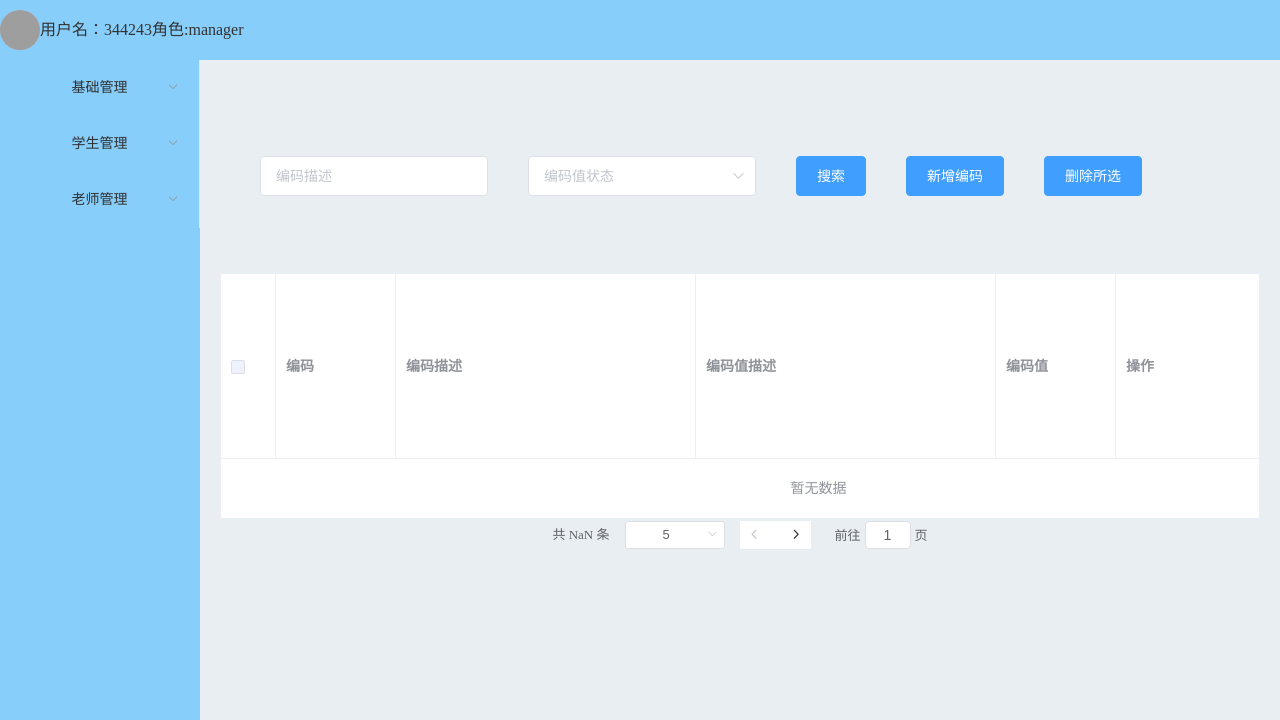
Repository: lwm9704/school-front
Page: /#/code
An editor plug-in stored every save of this project. The page is shown before and after the next save, followed by the edit.
The browser window is 1280 px wide. The pictures show the whole page.
Pictures or frames that could not be fetched are drawn as grey boxes. The page's requests for data from a server got no answer. The project was rebuilt for these pictures with package versions that can differ from the ones it lists, and the page was loaded fresh each time. No one was signed in, and anything a server would have sent is missing. Also part of the build but not shown: src/js/login.js, src/view/login.vue.

Above is the page before, as saved 2021-11-22 14:52:11.

### src/main.js
// The Vue build version to load with the `import` command
// (runtime-only or standalone) has been set in webpack.base.conf with an alias.
import Vue from 'vue'
import App from './App'
import router from './router'
import ElementUI from 'element-ui'
import 'element-ui/lib/theme-chalk/index.css'
import Vuex from 'vuex'
import './assets/css/global.css'

Vue.config.productionTip = false
Vue.use(ElementUI)
Vue.use(Vuex)

/* eslint-disable no-new */
new Vue({
  el: '#app',
  router,
  components: { App },
  template: '<App/>'
})

### src/router/index.js

import Vue from 'vue'
import Router from 'vue-router'
import Login from '@/view/login'
import Home from '../view/home'


Vue.use(Router)

export default new Router({
  routes: [
    {
      path: '/',
      redirect: '/login',
    },
    {
      path: '/login',
      name: 'login',
      component: Login
    },
    {
      path: '/home',
      name: 'home',
      component: Home,
      children: [
        {
          path: '/user',
          name: 'user',
          component: () => import('../view/user')
        },
        {
          path: '/code',
          name: 'code',
          component: () => import('../view/code')
        },
        {
          path: '/course',
          name: 'course',
          component: () => import('../view/course')
        },
        {
          path: '/grade',
          name: 'grade',
          component: () => import('../view/grade')
        },
        {
          path: '/lecture',
          name: 'lecture',
          component: () => import('../view/lecture')
        },
        {
          path: '/member',
          name: 'member',
          component: () => import('../view/member')
        },
        {
          path: '/score',
          name: 'score',
          component: () => import('../view/score')
        },
        {
          path: '/teaching',
          name: 'teaching',
          component: () => import('../view/teaching')
        }
      ]
    },

  ]
})

### src/assets/css/global.css
html,body,#app,.el-container{
  /*设置内部填充为0，几个布局元素之间没有间距*/
  padding: 0px;
  /*外部间距也是如此设置*/
  margin: 0px;
  /*统一设置高度为100%*/
  height: 100%;
  }

### src/view/home.vue
<template>
  <div class="home">
    <el-container class="top">
      <el-header>
        <div class="header">
          <myHeader></myHeader>
        </div>
      </el-header>
      <el-container class="main">
        <el-aside width="200px" class="Aside">
          <leftMenu></leftMenu>
        </el-aside>
        <el-container>
          <el-main>
            <router-view></router-view>
          </el-main>
        </el-container>
      </el-container>
    </el-container>
  </div>
</template>
<script>
import req from "../js/home";
import leftMenu from "../components/leftMenu";
import myHeader from "../components/myHeader";
export default {
  components: {
    leftMenu,
    myHeader,
  },
  data(){
    return{
      userInfo:{
        userId:'12323',
        account:'344243',
        role:"manager"
      }
    }
  },
  mounted(){
    this.getUserInfo();
  },
  methods: {

    //获取并保存用户参数
    getUserInfo(){
      // sessionStorage.setItem("userInfo",JSON.stringify(this.$route.params.userInfo))
      // sessionStorage.setItem(this.userInfo)
    },
    //侧边栏的方法
    handleOpen(key, keyPath) {
      console.log(key, keyPath);
    },
    handleClose(key, keyPath) {
      console.log(key, keyPath);
    },
  },
  mounted() {},
};
</script>
<style lang="scss" scoped>
.el-header {
  background-color: #87cefa;
  color: #333;
  text-align: center;
  line-height: 60px;
  padding: 0;
}

.el-aside {
  background-color: #87cefa;
  color: #333;
  text-align: center;
  line-height: 200px;
}

.el-main {
  background-color: #e9eef3;
  color: #333;
  text-align: center;
  line-height: 160px;
}

body > .el-container {
  margin-bottom: 40px;
}
.home,.top,.main{
  height: 100%;
}
</style>

### src/view/code.vue
<template>
  <div>
    <div class="main-head" :model="search">
      <dl>
        <dd>
          <el-input
            v-model="search.codeDescription"
            placeholder="编码描述"
            clearable
          ></el-input>
        </dd>
      </dl>
      <dl>
        <dd>
          <el-select v-model="search.state" placeholder="编码值状态">
            <el-option
              v-for="item in state"
              :key="item.value"
              :label="item.label"
              :value="item.value"
            ></el-option>
          </el-select>
        </dd>
      </dl>
      <dl>
        <dd>
          <el-button type="primary" @click="searchData">搜索</el-button>
        </dd>
      </dl>
      <dl>
        <dd>
          <el-button type="primary" @click="addCode">新增编码</el-button>
        </dd>
      </dl>
      <dl>
        <dd>
          <el-button type="primary" @click="deleteDetailList"
            >删除所选</el-button
          >
        </dd>
      </dl>
    </div>

    <el-table
      ref="multipleTable"
      :data="tableData"
      tooltip-effect="dark"
      border
      style="width: 100%"
      @selection-change="handleSelectionChange"
    >
      <el-table-column type="selection" width="55"></el-table-column>
      <el-table-column label="编码" prop="codeNo" width="120"></el-table-column>
      <el-table-column
        label="编码描述"
        prop="codeDescription"
        width="300"
      ></el-table-column>
      <el-table-column
        prop="codeValueDescription"
        label="编码值描述"
        width="300"
      ></el-table-column>
      <el-table-column
        prop="codeValue"
        label="编码值"
        width="120"
        show-overflow-tooltip
      ></el-table-column>
      <el-table-column label="操作" width="300">
        <template slot-scope="scope">
          <el-button size="mini" @click="modifyCode(scope.row)"
            >编码编辑</el-button
          >
          <el-button size="mini" @click="addDetail(scope.row)"
            >新增编码详情</el-button
          >
          <el-button size="mini" @click="modifyDetail(scope.row)"
            >编码详情编码</el-button
          >
          <el-button size="mini" @click="deleteDetail(scope.row)"
            >删除编码详情编码</el-button
          >
        </template>
      </el-table-column>
    </el-table>

    <div class="footer">
      <el-pagination
        @size-change="handleSizeChange"
        @current-change="handleCurrentChange"
        :current-page="parseInt(pageInfo.currentPage)"
        :page-sizes="[100, 200, 300, 400]"
        :page-size="parseInt(pageInfo.pageSize)"
        layout="total, sizes, prev, pager, next, jumper"
        :total="parseInt(pageInfo.total)"
      ></el-pagination>
    </div>

    <!--编码-->
    <el-dialog :title="dialogInfo.title" :visible.sync="codeFormVisible">
      <el-form :model="codeForm" :rules="codeRules" :ref="codeForm">
        <el-form-item label="编码" :label-width="formLabelWidth">
          <el-input v-model="codeForm.codeNo" autocomplete="off"></el-input>
        </el-form-item>
        <el-form-item label="编码描述" :label-width="formLabelWidth">
          <el-input v-model="codeForm.description" autocomplete="off"></el-input>
        </el-form-item>
      </el-form>
      <div slot="footer" class="dialog-footer">
        <el-button @click="cancelCodeForm">取 消</el-button>
        <el-button type="primary" @click="saveCodeForm">确 定</el-button>
      </div>
    </el-dialog>
    <!--编码详情-->
    <el-dialog :title="dialogInfo.title" :visible.sync="detailFormVisible">
      <el-form :model="detailForm" :rules="detailRules" :ref="detailForm">
        <el-form-item label="编码值" :label-width="formLabelWidth">
          <el-input v-model="detailForm.codeValue" autocomplete="off"></el-input>
        </el-form-item>
        <el-form-item label="编码值描述" :label-width="formLabelWidth">
          <el-input v-model="detailForm.codeValueDescribe" autocomplete="off"></el-input>
        </el-form-item>
        <el-form-item label="状态" :label-width="formLabelWidth">
          <el-select v-model="detailForm.state" clearable placeholder="请选择">
            <el-option
              v-for="item in state"
              :key="item.value"
              :label="item.label"
              :value="item.value"
            ></el-option>
          </el-select>
        </el-form-item>
      </el-form>
      <div slot="footer" class="dialog-footer">
        <el-button @click="cancelDetailForm">取 消</el-button>
        <el-button type="primary" @click="saveDetailForm">确 定</el-button>
      </div>
    </el-dialog>
  </div>
</template>
<script>
import req from "../js/code";
export default {
  data() {
    return {
      //表内容数据
      tableData: [],
      multipleSelection: [],
      //显示页面条数
      pageInfo: {
        currentPage: "",
        total: "",
        pageSize: "",
      },
      dialogInfo: {
        type: "",
        title: "",
      },
      //编码表单
      codeFormVisible: false,
      codeForm: {
        codeNo: "",
        description: "",
      },
      codeRules: {
        code: [{ required: true, message: "请输入编码", trigger: "blur" }],
      },
      //详情表单
      detailFormVisible: false,
      detailForm: {
        codeValue: "",
        codeValueDescribe: "",
        state: "",
      },
      detailRules: {
        codeValue: [{ required: true, message: "请输入编码值", trigger: "blur" }],
        state: [{ required: true, message: "请选择状态", trigger: "blur" }],
      },
      formLabelWidth: "120px",
      //搜索，按钮
      search: {
        codeDescription: "",
        state: "",
        offset:"",
        limit:"",
      },
      state: [
        {
          value: 0,
          label: "禁用",
        },
        {
          value: 1,
          label: "启用",
        },
      ],
    };
  },
  mounted() {
    this.fetch();
  },
  methods: {
    //侧边栏的方法
    handleOpen(key, keyPath) {
      console.log(key, keyPath);
    },
    handleClose(key, keyPath) {
      console.log(key, keyPath);
    },
    //多选
    handleSelectionChange(row) {
      this.multipleSelection = row;
    },

    //选页的相关方法
    handleSizeChange(pageSize) {
      this.pageInfo.pageSize = pageSize;
      console.log(`每页 ${pageSize} 条`);
    },
    handleCurrentChange(currentPage) {
      this.pageInfo.currentPage = currentPage;
      console.log(`当前页: ${currentPage}`);
    },
    //刷新页面
    fetch() {
      this.pageInfo.pageSize = 5;
      this.pageInfo.currentPage = 1;
      this.searchData();
    },
    //搜索
    searchData() {
      this.search.offset = this.pageInfo.currentPage;
      this.search.limit = this.pageInfo.pageSize;
      req("selectData", {
        ...this.search
      }).then((data) => {
        console.log(data.data);
        this.tableData = data.data.list;
        // this.pageInfo.pageSize = data.data.offset;
        // this.pageInfo.currentPage = data.data.limit;
        // this.pageInfo.total = data.data.total;
      });
    },
    //重置
    reset() {
      this.fetch();
      console.log("重置按钮被点击了");
    },
    addCode() {
      this.dialogInfo.type = "addCode";
      this.dialogInfo.title = "新增编码";
      this.codeFormVisible = true;
    },
    modifyCode(row) {
      this.codeForm = row;
      this.dialogInfo.type = "modifyCode";
      this.dialogInfo.title = "修改编码";
      this.codeFormVisible = true;
    },
    addDetail(row) {
      this.detailForm.codeId = row.codeId;
      this.dialogInfo.type = "addDetail";
      this.dialogInfo.title = "新增编码详情";
      console.log()
    },
    modifyDetail(row) {
      this.detailForm.codeId = row.codeId;
      this.detailForm.value = row.value;
      this.detailForm.describe = row.describe;
      this.detailForm.state = row.state;
      this.dialogInfo.type = "modifyDetail";
      this.dialogInfo.title = "修改编码值";
      this.detailFormVisible = true;
    },
    saveCodeForm() {
      this.$refs[this.codeForm].validate((valid) => {
        // console.log(this.$refs[this.codeForm])\
        console.log(this.dialogInfo.type)
        if (valid) {
          if (this.dialogInfo.type === "addCode") {
            console.log(2)
            req("insertData", { ...this.codeForm }).then((data) => {
              console.log(data.data);
              if (data.code === 1) {
                this.$message.success(data.msg);
                this.fetch();
                this.$refs[this.codeForm].resetFields();
                this.codeFormVisible = false;
              } else {
                this.$message.error(data.data.msg);
              }
            });
          }
          if (this.dialogInfo.type === "modifyCode") {
            req("updateData", { ...codeForm }).then((data) => {
              console.log(data.data);
              if (data.data.code === 1) {
                this.$message.success(data.data.msg);
                this.fetch();
                this.$refs[this.codeForm].resetFields();
                this.codeFormVisible = false;
              } else {
                this.$message.error(data.data.msg);
              }
            });
          }
        }
      });
    },
    cancelCodeForm() {
      this.$refs[this.codeForm].resetFields();
      this.codeFormVisible = false;
    },

    saveDetailForm() {
      this.$refs[this.detailForm].validate((valid) => {
        if (valid) {
          if (this.dialogInfo.type === "addDetail") {
            req("insertDetailData", { ...this.detailForm }).then((data) => {
              console.log(data.data);
              if (data.data.code === 1) {
                this.$message.success(data.data.msg);
                this.fetch();
                this.$refs[this.detailForm].resetFields();
                this.detailFormVisible = false;
              } else {
                this.$message.error(data.data.msg);
              }
            });
          }
          if (this.dialogInfo.type === "modifyDetail") {
            req("updateDetailData", { ...detailForm }).then((data) => {
              console.log(data.data);
              if (data.data.code === 1) {
                this.$message.success(data.data.msg);
                this.fetch();
                this.$refs[this.detailForm].resetFields();
                this.detailFormVisible = false;
              } else {
                this.$message.error(data.data.msg);
              }
            });
          }
        }
      });
    },
    cancelDetailForm() {
      this.$refs[this.detailForm].resetFields();
      this.detailFormVisible = false;
    },

    deleteDetail(row) {
      this.$confirm("此操作将永久删除该文件,是否继续?").then(() => {
        let codeDetailId = row.codeDetailId.toString();
        req("deleteDetailData", { codeDetailId: codeDetailId }).then((data) => {
          this.$message.success(data.data.msg);
          this.fetch();
        });
      });
    },
    deleteDetailList() {
      if (this.multipleSelection.length === 0) {
        this.$message.info("请选择需要删除的数据");
        return;
      }
      this.$confirm("此操作将永久删除该文件,是否继续?").then(() => {
        let codeDetailIdList = this.multipleSelection
          .map((item) => {
            return item.codeDetailId;
          })
          .toString();
        req("deleteDetailData", { codeDetailId: codeDetailIdList }).then(
          (data) => {
            this.$message.success(data.data.msg);
            this.fetch();
          }
        );
      });
    },
  },
};
</script>

<style lang="scss" scoped>
.main-head {
  display: flex;
  flex-direction: row;
}
</style>

### src/js/home.js
import req from "../fect/rquestConfig";

const config = {
    getUserInfo: {
        url: '/user/selectOfCondition',
        method: 'get'
    },
}
const request = function (funcName, requestParam) {
    return req(config[funcName].url, config[funcName].method, requestParam, {}, config[funcName].fileConfig)
}
export default request

### src/components/leftMenu.vue
<template>
  <div>
    <el-menu
      class="el-menu-vertical-demo"
      :default-active="this.$router.path"
      router
      background-color="#87CEFA"
      @open="handleOpen"
      @close="handleClose"
    >
      <el-submenu
        v-for="(item, index) in menuList"
        :index="index + ''"
        :key="item.labe"
      >
        <template slot="title">{{ item.labe }}</template>
        <div v-if="item.children">
          <el-menu-item
            v-for="items in item.children"
            :index="items.path"
            :key="items.path"
          >
            <template slot="title">
              {{ items.labe }}
            </template>
          </el-menu-item>
        </div>
      </el-submenu>
    </el-menu>
  </div>
</template>

<script>
// import router from 'vue-router'
export default {
  name: "leftMenu",
  props: [],
  data() {
    return {
      menuList: [
        {
          index: "1",
          labe: "基础管理",
          children: [
            {
              index: "1 - 1",
              labe: "编码管理",
              path: "/code",
            },
            {
              index: "1 - 2",
              labe: "用户管理",
              path: "/user",
            },
            {
              index: "1 - 3",
              labe: "班级管理",
              path: "/grade",
            },
            {
              index: "1 - 4",
              labe: "课程管理",
              path: "/course",
            },
          ],
        },
        {
          index: "2",
          labe: "学生管理",
          children: [
            {
              index: "2 - 1",
              labe: "学生家庭成员管理",
              path: "/member",
            },
            {
              index: "2 - 2",
              labe: "考试成绩管理",
              path: "/score",
            },
          ],
        },
        {
          index: "3",
          labe: "老师管理",
          children: [
            {
              index: "3 - 1",
              labe: "教学管理",
              path: "/teaching",
            },
            {
              index: "3 - 2",
              labe: "授课管理",
              path: "/lecture",
            },
          ],
        },
      ],
    };
  },
  methods: {
    // handlerSelect(key, path) {
    // console.log(key,path)
    // if (path !== this.$route.path) {
    //   this.$router.replace({path:'path'});
    //   // this.$router.push({path: key, query: {}})
    // }
    // // this.$router.push({name: key, params: {}})
    // console.log(key);
    // console.log(path);
    // this.$emit('select', key,path);
    // },
    handleOpen(key, keyPath) {
      console.log(key, keyPath);
    },
    handleClose(key, keyPath) {
      console.log(key, keyPath);
    },
  },
};
</script>

<!-- Add "scoped" attribute to limit CSS to this component only -->
<style scoped>
</style>

### src/components/myHeader.vue
<template>
  <div class="myHeader">
    <div class="userInfo">
      <div class="avatar">
        <el-avatar
          src="https://cube.elemecdn.com/0/88/03b0d39583f48206768a7534e55bcpng.png"
        ></el-avatar>
      </div>
      <div class="charInfo">
        <span>用户名：{{this.userInfo.account}}</span>
        <span>角色:{{this.userInfo.role}}</span>
      </div>
    </div>
  </div>
</template>
<script>
export default {
  name: "myHeader",
  props: [],
  data() {
    return {
      userInfo: {
        userId: "12323",
        account: "344243",
        role: "manager",
      },
    };
  },
  methods: {
    getUserInfo() {
      // this.userInfo = JSON.parse(sessionStorage.getItem('userInfo'))
    },
  },
  mounted() {
    this.getUserInfo();
  },
};
</script>
<style lang="scss" scoped>
.myHeader{
  background-color:#87CEFA;
  height: 60px;
}
.userInfo {
    display: flex;
    flex-direction: row;
    height: 60px;
    .avatar{
      padding-top: 10px;
    }
}
</style>

### src/js/code.js
import req from '../fect/rquestConfig'
const config = {
    selectData: {
        url: '/code/queryAll',
        method: 'get'
    },
    insertData: {
        url: '/code/insertCode',
        method: 'post'
    },
    updateData: {
        url: '/code/updateCode',
        method: 'post'
    },
    deleteData: {
        url: '/code/deleteCodeById',
        method: 'post'
    },

    selectDetailData: {
        url: '/codeDetailed/queryAll',
        method: 'get'
    },
    insertDetailData: {
        url: '/codeDetailed/insertCodeDetailed',
        method: 'post'
    },
    updateDetailData: {
        url: '/codeDetailed/updateCodeDetailed',
        method: 'post'
    },
    deleteDetailData: {
        url: "/codeDetailed/deleteCodeDetailedById",
        method: 'post'
    }
}
const request = function (funcName, requestParam) {
    return req(config[funcName].url, config[funcName].method, requestParam, {}, config[funcName].fileConfig)
}
export default request

### src/fect/rquestConfig.js
import axios from 'axios'
import { throwErr } from './throwErr'

// const urlHead = 'http://305o99f251.wicp.vip'
const urlHead = '/api'
const qs = require('qs')

/**
 *
 * @param {String} url 请求路径
 * @param {String} method 请求方法
 * @param {Object} params 请求参数
 * @param {Object} requestHeader 请求头
 * @param {Object} fileConfig ---> {type, fileName} 导出配置 ---> 导出类型, 文件名称
 */
const req = function (url, method, params, requestHeader, fileConfig = {}) {

    Proxy:{
        '/js'
    }
    let instance = axios.create({
        baseURL: urlHead,
        timeout: 60000
    })

    // 添加请求拦截器
    instance.interceptors.request.use(config => {
        return config
    }, error => {
        return Promise.reject(error)
    })

    let requestConfig = {
        url: url,
        method: method,
        //将header、params、token复制到目标
        // params: Object.assign({}, params, { access_token: JSON.parse(sessionStorage.getItem('userInfo')).access_token }),
        // data: qs.stringify(Object.assign({}, params, { access_token: JSON.parse(sessionStorage.getItem('userInfo')).access_token })),
        params: Object.assign({}, params),
        data:qs.stringify(Object.assign({},params)),
        headers: {},
        responseType: fileConfig.type === 'file' ? 'blob' : ''
    }

    let getReg = /get|GET/
    let postReg = /post|POST/

    let fileData = {}

    let timer = null

    // 请求类型为导出时，添加vuex状态管理，定时修改vuex对应记录，请求完成或者请求报错时，停止定时器
    if (fileConfig.type === 'file') {
        fileData = {
            fileId: new Date().getTime(),
            fileName: fileConfig.fileName,
            fileLoadTime: 0,
            fileStatus: 'downloading',
            errorInfo: '',
            fileUrl: null
        }

    }

    if (getReg.test(requestConfig.method)) {
        delete requestConfig.data
        requestConfig.headers['Content-Type'] = 'application/json'
    } else if (postReg.test(requestConfig.method)) {
        delete requestConfig.params
        requestConfig.headers['Content-Type'] = 'application/x-www-form-urlencoded'
    }

    // 添加响应拦截器
    instance.interceptors.response.use(response => {
        clearInterval(timer)
        timer = null

        if (response.status === 200) {
            if (fileConfig.type === 'file') {
                fileData.fileStatus = 'success'
                fileData.fileUrl = window.URL.createObjectURL(new Blob([response.data]))
                // store.commit('changeExportFileList', fileData)
            }

            return response.data
        } else {
            if (fileConfig.type === 'file') {
                fileData.fileStatus = 'error'
                // store.commit('changeExportFileList', fileData)
            }

            throw new Error(throwErr(response))
        }
    }, error => {
        clearInterval(timer)
        timer = null

        if (fileConfig.type === 'file') {
            fileData.fileStatus = 'error'
            // store.commit('changeExportFileList', fileData)
        }

        return Promise.reject(error)
    })

    return instance(requestConfig)
}

export default req

### src/fect/throwErr.js
// axios错误信息匹配
export const throwErr = (response) => {
    let message = '请求错误'
    switch (response.status) {
        case 400:
            message = '请求错误'
            break
        case 401:
            message = '未授权，请登录'
            break
        case 403:
            message = '拒绝访问'
            break
        case 404:
            message = `请求地址出错: ${response.config.url}`
            break
        case 408:
            message = '请求超时'
            break
        case 500:
            message = '服务器内部错误'
            break
        case 501:
            message = '服务未实现'
            break
        case 502:
            message = '网关错误'
            break
        case 503:
            message = '服务不可用'
            break
        case 504:
            message = '网关超时'
            break
        case 505:
            message = 'HTTP版本不受支持'
            break
        default:
    }
    return '错误码:' + response.status + ' ' + '错误信息:' + message
}

Loaded but not shown: index.html (common file); src/App.vue (common file)

After the next save:
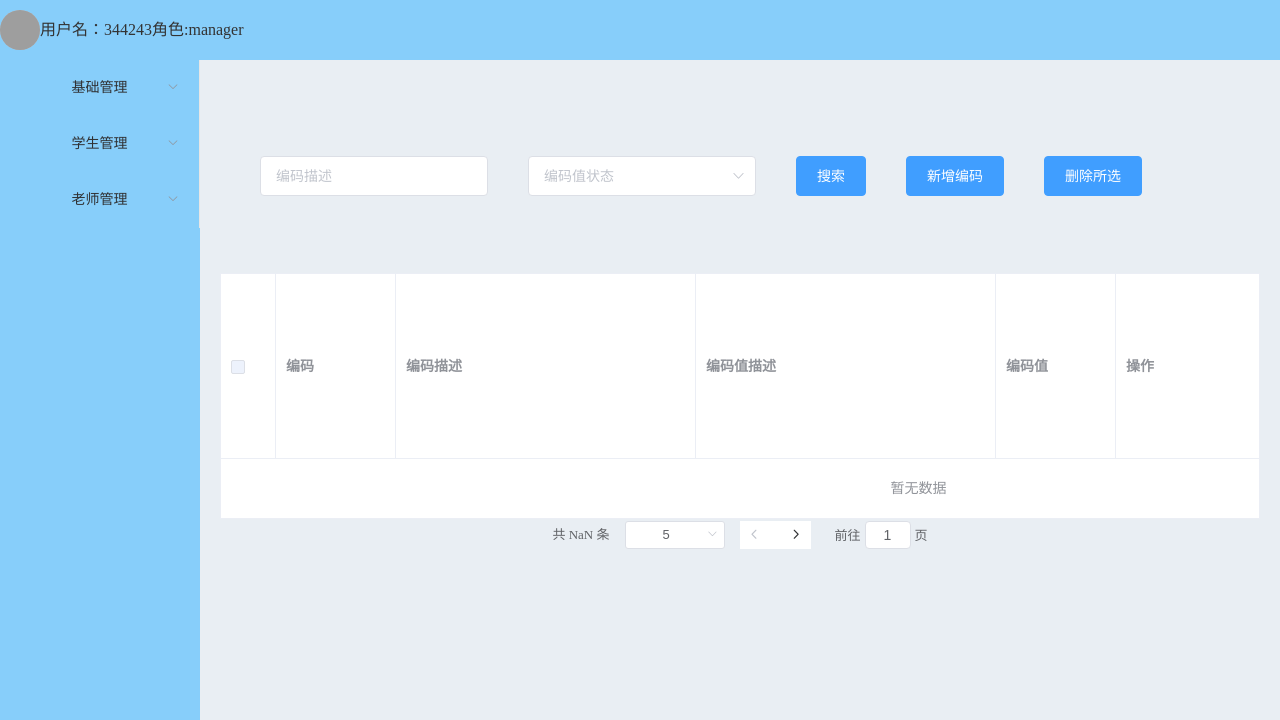
Saved 19 s later.
--- a/src/view/code.vue
+++ b/src/view/code.vue
@@ -67,7 +67,7 @@
         width="120"
         show-overflow-tooltip
       ></el-table-column>
-      <el-table-column label="操作" width="300">
+      <el-table-column label="操作" width="500">
         <template slot-scope="scope">
           <el-button size="mini" @click="modifyCode(scope.row)"
             >编码编辑</el-button
